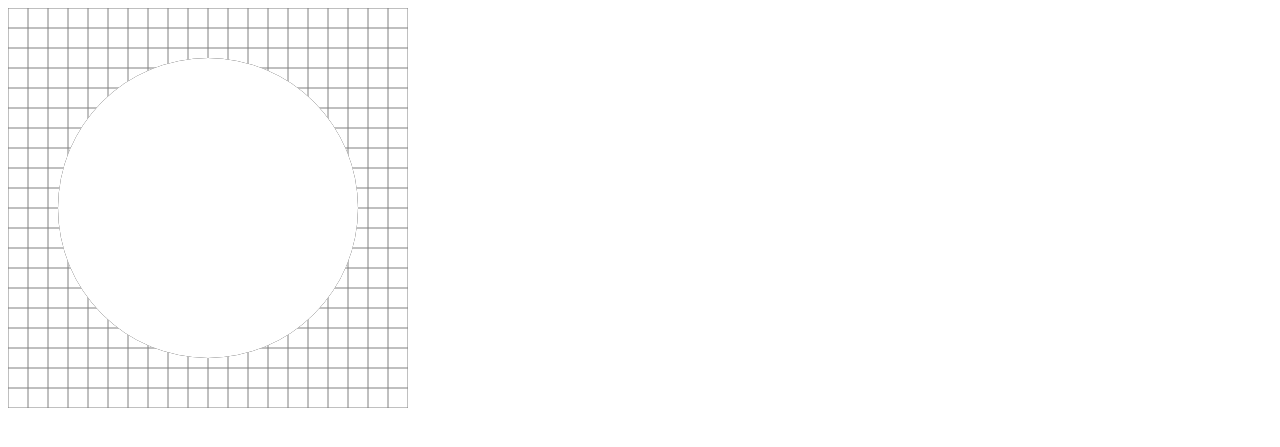
Repository: pedro-mancano/ProjetoCDM204
Page: scripts/radar.html
The author's editor kept a copy of each file at every save. The page is drawn from the files as they stood at one save, then again after the next save.
The browser window is 1280 px wide. The pictures show the whole page.

Above is the page before, as saved 2024-11-27 08:19:20.

After the next save:
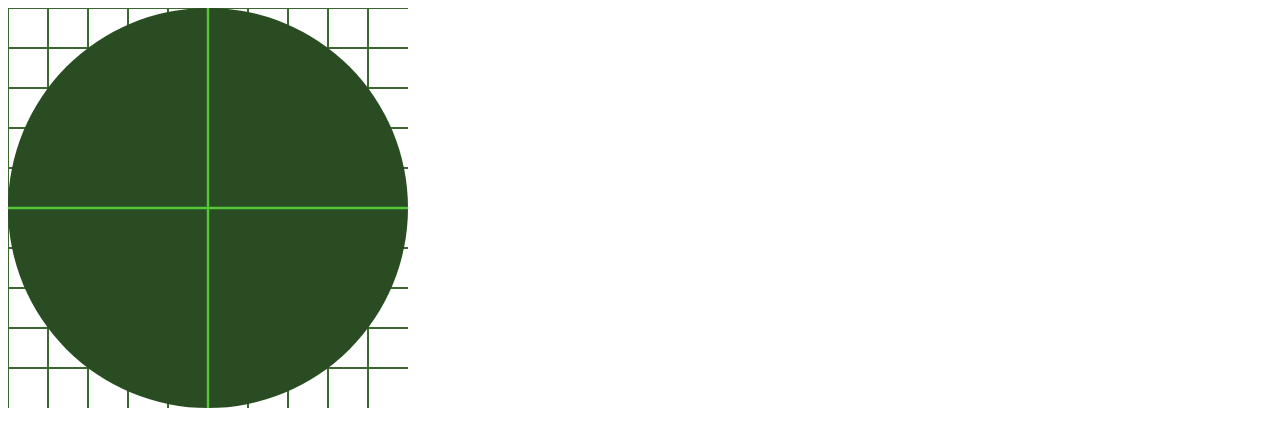
Saved 116 s later.
--- a/scripts/radar.js
+++ b/scripts/radar.js
@@ -5,68 +5,40 @@ let lastDraw = performance.now();
 function draw(elapsed) {
   ctx.clearRect(0, 0, canvas.width, canvas.height);
 
-  const centerX = canvas.width / 2;
-  const centerY = canvas.height / 2;
-  const radius = 150;
+  const height = canvas.height;
+  const width = canvas.width;
 
-  // Function to draw the grid
-  function drawGrid(ctx, spacing) {
+  //
+  ctx.strokeStyle = '#3a682e';
+  ctx.lineWidth = 1;
+  for (let i = 0; i < width; i += width / 10) {
+    for (let j = 0; j < height; j += height / 10) {
+      ctx.beginPath();
+      ctx.moveTo(i, 0);
+      ctx.lineTo(i, height);
+      ctx.stroke();
+      ctx.beginPath();
+      ctx.moveTo(0, j);
+      ctx.lineTo(width, j);
+      ctx.stroke();
+    }
+  }
+
+  // Draw the radar circle
+  ctx.fillStyle = '#294c22';
+  ctx.beginPath();
+  ctx.arc(canvas.width / 2, canvas.height / 2, 200, 0, 2 * Math.PI);
+  ctx.fill();
+
+  // Draw grid lines (4 lines, 90 degrees apart)
+  ctx.strokeStyle = '#54c638';
+  ctx.lineWidth = 2.5;
+  for (let i = 0; i < 360; i += 90) {
     ctx.beginPath();
-    ctx.strokeStyle = 'gray';
-    ctx.lineWidth = 1;
-
-    for (let x = 0; x <= canvas.width; x += spacing) {
-      ctx.moveTo(x, 0);
-      ctx.lineTo(x, canvas.height);
-    }
-
-    for (let y = 0; y <= canvas.height; y += spacing) {
-      ctx.moveTo(0, y);
-      ctx.lineTo(canvas.width, y);
-    }
-
+    ctx.moveTo(canvas.width / 2, canvas.height / 2);
+    ctx.lineTo(canvas.width / 2 + 200 * Math.cos(i * Math.PI / 180), canvas.height / 2 + 200 * Math.sin(i * Math.PI / 180));
     ctx.stroke();
   }
-
-  // Function to clear outside the circle
-  function clearOutsideCircle(ctx, centerX, centerY, radius) {
-    // Save the current context state
-    ctx.save();
-
-    // Draw the circular path for the inside area
-    ctx.beginPath();
-    ctx.arc(centerX, centerY, radius, 0, Math.PI * 2);
-    ctx.closePath();
-
-    // Clip to the circle
-    ctx.clip();
-
-    // Clear everything outside the circle
-    ctx.clearRect(0, 0, canvas.width, canvas.height);
-
-    // Restore the original context state
-    ctx.restore();
-  }
-
-  // Function to draw the circle outline
-  function drawCircleOutline(ctx, centerX, centerY, radius) {
-    ctx.beginPath();
-    ctx.arc(centerX, centerY, radius, 0, Math.PI * 2);
-    ctx.strokeStyle = 'black'; // Circle border color
-    ctx.lineWidth = 2; // Circle border thickness
-    ctx.fill();
-  }
-
-  // Draw the grid
-
-  // Clear the outside of the circle
-
-  // Draw the circle outline
-  drawCircleOutline(ctx, centerX, centerY, radius);
-
-  drawGrid(ctx, 20);
-
-  clearOutsideCircle(ctx, centerX, centerY, radius);
 }
 
 function drawLoop() {
